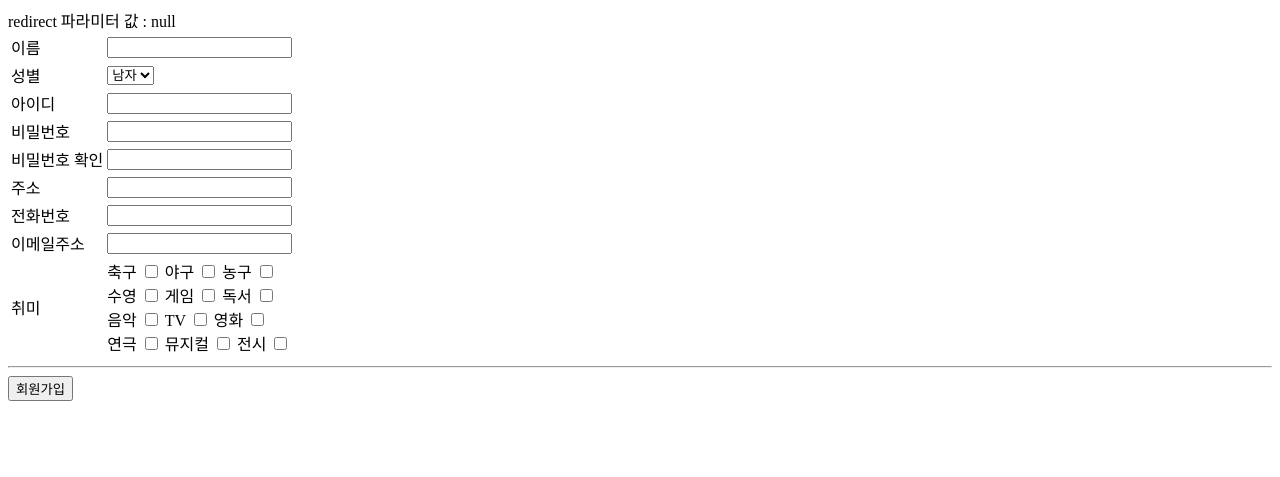
Repository: Gabintree/JDBC2019
Page: http://localhost/Jsp20190510_start/Jsp0516_chap6.jsp
The author's editor kept a copy of each file at every save. The page is drawn from the files as they stood at one save, then again after a run of saves.
The browser window is 1280 px wide. The pictures show the whole page.
The page is served by Tomcat 9.

Above is the page before, as saved 2019-05-16 06:29:21.

### Jsp20190510_start/WebContent/Jsp0516_chap6.jsp
<%@ page language="java" contentType="text/html; charset=UTF-8"
    pageEncoding="UTF-8"%>
<%
	String redirect = request.getParameter("redirect");
	out.println("redirect 파라미터 값 : " + redirect);
 %>
<!DOCTYPE html>
<html>
<head>
<meta charset="UTF-8">
<title>Chaop6 page.1</title>
</head>
<body>
	<form action="" method="post">
	<table>
		<tr>
			<td>이름</td>
			<td><input type ="text" name="name"></td>
		</tr>
		<tr>
			<td>성별</td>
			<td>
			<select name = "namyeo">
				<option value="남자">남자</option>
				<option value="여자">여자</option>
			</select>
			</td>
		</tr>
		<tr>
			<td>아이디</td>
			<td><input type ="text" name="id"></td>
		</tr>
		<tr>
			<td>비밀번호</td>
			<td><input type ="text" name="pw"></td>
		</tr>
		<tr>
			<td>비밀번호 확인</td>
			<td><input type = "text" name="pw_re"></td>
		</tr>
		<tr>
			<td>주소</td>
			<td><input type ="text" name="ad"></td>
		</tr>
		<tr>
			<td>전화번호</td>
			<td><input type ="tel" name="tel"></td>
		</tr>
		<tr>
			<td>이메일주소</td>
			<td><input type = "email" name= "mail"></td>
		</tr>
		<tr>
			<td>취미</td>
			<td>
				축구 <input type="checkbox" name="hobby" value="축구">
				야구 <input type="checkbox" name="hobby" value="야구">
				농구 <input type="checkbox" name="hobby" value="농구"><br>
				수영 <input type="checkbox" name="hobby" value="수영">
				게임 <input type="checkbox" name="hobby" value="게임">
				독서 <input type="checkbox" name="hobby" value="독서"><br>
				음악 <input type="checkbox" name="hobby" value="음악">
				TV <input type="checkbox" name="hobby" value="TV">
				영화 <input type="checkbox" name="hobby" value="영화"><br>
				연극 <input type="checkbox" name="hobby" value="연극">
				뮤지컬 <input type="checkbox" name="hobby" value="뮤지컬">
				전시 <input type="checkbox" name="hobby" value="전시">
			</td>
		</tr>
	</table>
<hr>
			<input type ="submit" value="회원가입">
	</form>
<%
	redirect = request.getParameter("redirect");


%>
</body>
</html>

After the next 4 saves:
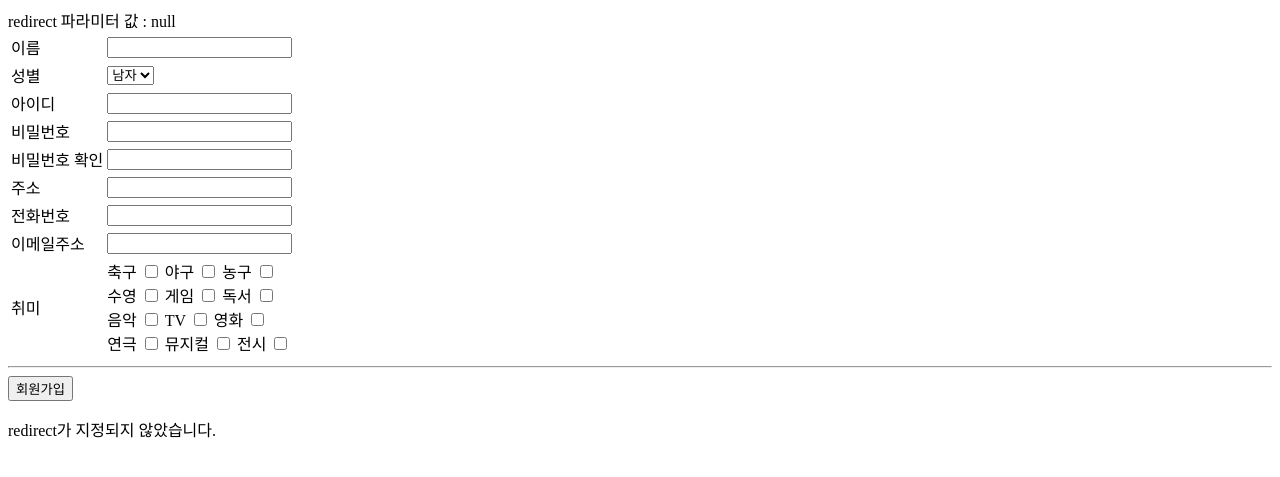
The 4 saves are shown as one change because 3 did not build or start.
The last was saved 3 min 24 s later.
--- a/Jsp20190510_start/WebContent/Jsp0516_chap6.jsp
+++ b/Jsp20190510_start/WebContent/Jsp0516_chap6.jsp
@@ -73,6 +73,13 @@
 	</form>
 <%
 	redirect = request.getParameter("redirect");
+	if(redirect ==null){
+		out.println("redirect가 지정되지 않았습니다.");
+	}else if(redirect.equals("ok")){
+		response.sendRedirect("http://www.naver.com");
+	}else{
+		response.sendRedirect("http://localhost:8181/Jsp0516_chap6.jsp");
+	}
 
 
 %>
